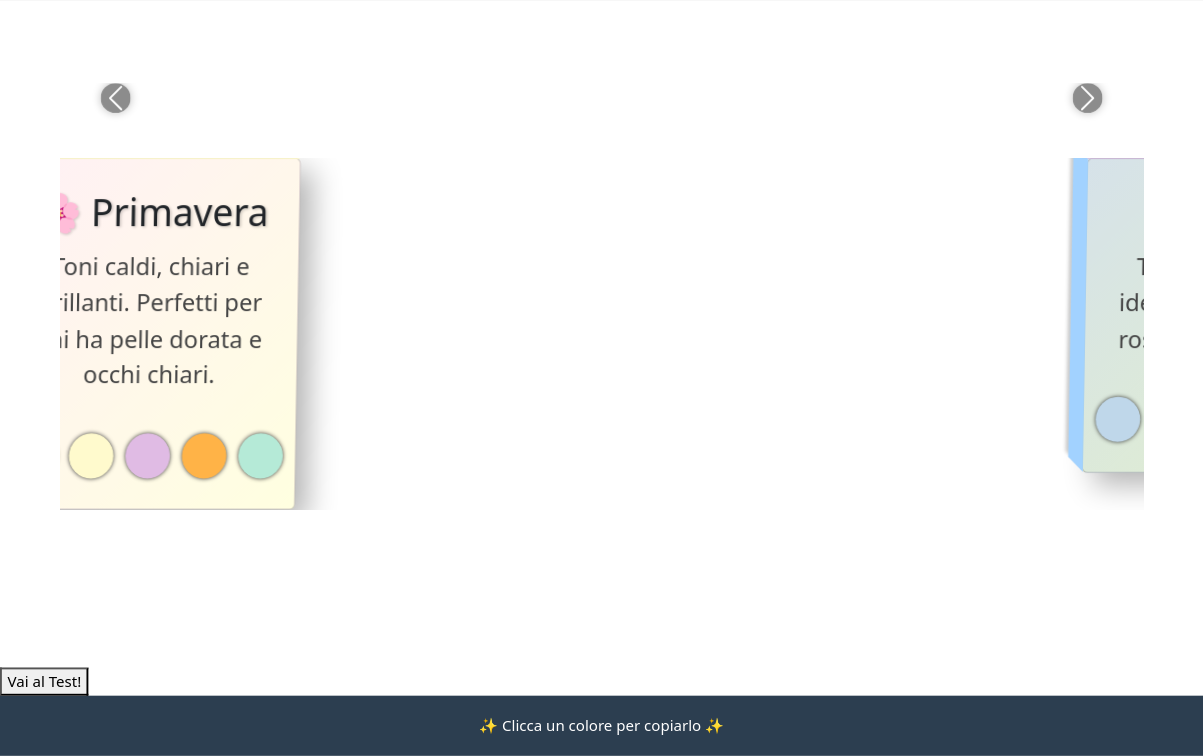
Repository: Probyte5D/Armocromia-website
Page: index.html
An editor plug-in stored every save of this project. The page is shown before and after the next save, followed by the edit.
The browser window is 1280 px wide. The pictures show the part of the page from y = 432 to 1498 px (the page is 1236 px tall before and 1498 px after), at 94% of full size.

Above is the page before, as saved 2025-04-18 02:44:34.

After the next save:
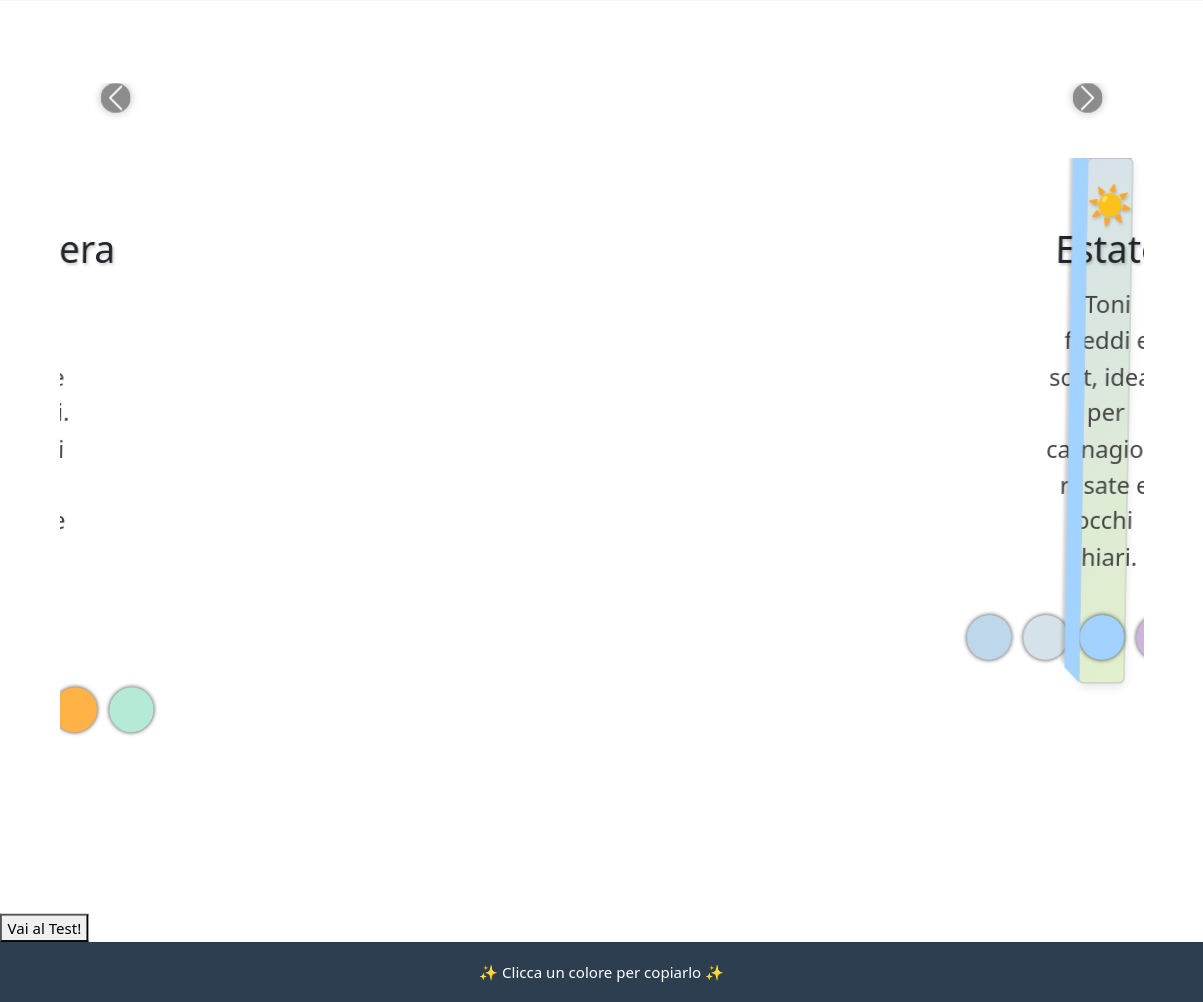
Saved 12 s later.
--- a/style.css
+++ b/style.css
@@ -325,18 +325,7 @@ footer p {
   flex-direction: column;
   align-items: center;
   text-align: center;
-}
-
-/* Stile base per le cards */
-.card {
-
-  width: 20rem; /* Ridotto da 30rem a 20rem per una card più compatta */
-  padding: 2rem; /* Ridotto per ridurre lo spazio interno */
-  border-radius: 1rem;
-  background-color: rgba(255, 255, 255, 0.9);
-  box-shadow: 0.8rem 0.8rem 2rem rgba(0, 0, 0, 0.3);
-  transform: rotateY(10deg) skewX(-1deg);
-  transition: transform 0.4s, box-shadow 0.4s;
+
 
 }
 
